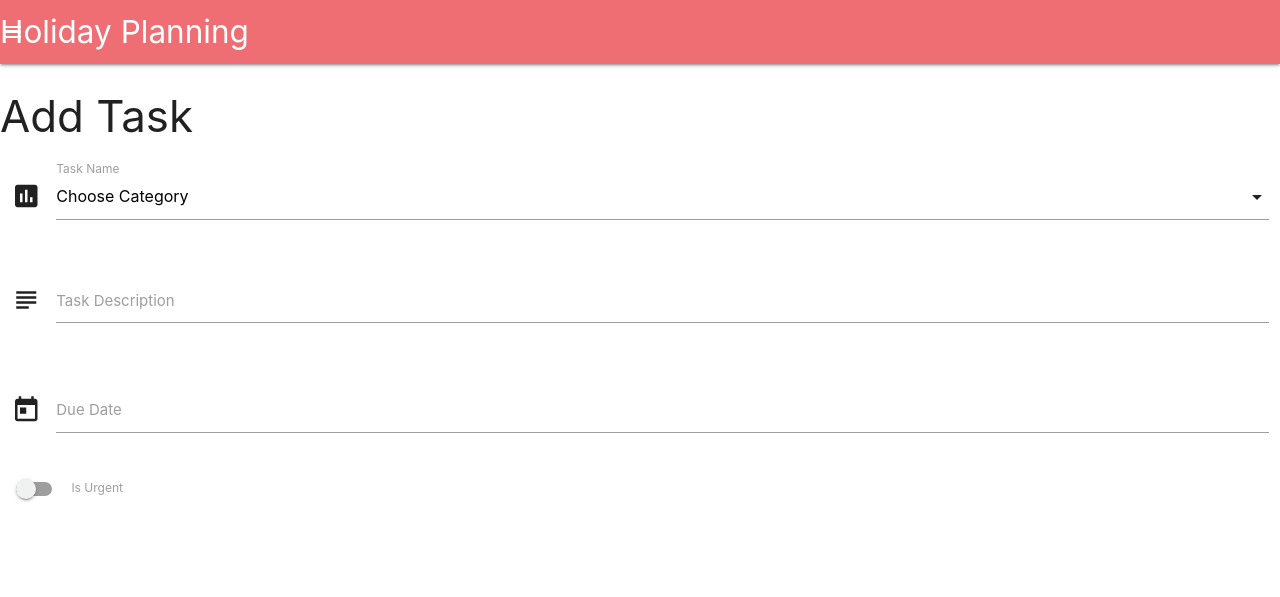
Repository: Code-Institute-Submissions/Project3-Holiday_Planning
Page: http://localhost/add_task
The author's editor kept a record of every edit. The page is drawn from the files as they stood at one moment, then again after the next edit.
The browser window is 1280 px wide. The pictures show the whole page.
The page is served by the project's application, run on Flask 3 (app.py). Queries for data that is not in the repository find no rows.

Above is the page before.

### templates/addTask.html
{% extends 'layout.html' %}
{% block content %}


<h3>Add Task</h3>
<div class="row">
    <form action="" method="POST" class="col s12">


        <!--put in select option initialization in layout.html-->
        <div class="row">
            <div class="input-field col s12">
                <i class="material-icons prefix">poll</i>
                <!--Replace <input id> with <select>. Keep the 1st option and change the rest option with category from Mongodb-->
                <!--<input id="task_name" name="task_name" type="text">-->
                <select id="category" name="category_name">
                  <option value="" disabled selected>Choose Category</option>
                  {% for cat in categories %}
                      <option value="{{cat.category_name}}">{{cat.category_name}}</option>
                  {% endfor %}
                </select>
                <label for="icon_prefix">Task Name</label>
            </div>
        </div>


        <div class="row">
            <div class="input-field col s12">
                <i class="material-icons prefix">subject</i>
                <textarea name="task_description" id="task_description" class="materialize-textarea"></textarea>
                <label for="icon_telephone">Task Description</label>
            </div>
        </div>


        <!--put the datepicker initialization in layout.html-->
        <div class="row">
            <div class="input-field col s12">
                <i class="material-icons prefix">today</i>
                <input id="due_date" name="due_date" type="text" class="datepicker">
                <label for="icon_prefix">Due Date</label>
            </div>
        </div>


        <div class="row">
            <div class="switch">
                <label>
                  <input id="is_urgent" name="is_urgent" type="checkbox">
                  <span class="lever"></span>
                  Is Urgent
                </label>
            </div>
        </div>

    </form>
</div>

{% endblock %}

### templates/layout.html
<!DOCTYPE html>
<html>

<head>
        <link href="https://fonts.googleapis.com/icon?family=Material+Icons" rel="stylesheet">
        <link rel="stylesheet" href="https://cdnjs.cloudflare.com/ajax/libs/materialize/1.0.0/css/materialize.min.css">
        <link rel="stylesheet" href="{{url_for('static', filename='css/style.css')}}" type="text/css"/>
</head>


<body>
    <header>
        <nav>
            <div class="nav-wrapper">
                <a href="{{url_for('get_tasks')}}" class="brand-logo">Holiday Planning</a>
                <a href="#" data-activates="mobile-demo" class="button-collapse"><i class="material-icons">menu</i></a>
                <ul id="nav-mobile" class="right hide-on-med-and-down">
                    <li><a href="sass.html">Sass</a></li>
                    <li><a href="badges.html">Components</a></li>
                    <li><a href="collapsible.html">JavaScript</a></li>
                </ul>


            </div>
        </nav>

    </header>

    <div>
        {% block content %} {% endblock %}
    </div>

        <script src="https://cdnjs.cloudflare.com/ajax/libs/jquery/3.4.1/jquery.min.js"></script>
        <script src="https://cdnjs.cloudflare.com/ajax/libs/materialize/1.0.0/js/materialize.min.js"></script>

        <!--to perform the collapsible, datepicker and select option function-->
        <script type="text/javascript">
            $(document).ready(function(){
                $('.collapsible').collapsible();
                $('.datepicker').datepicker();
                $('select').formSelect();
            });

        </script>



</body>

</html>

### app.py
import os
from flask import Flask, render_template, redirect, request, url_for
from flask_pymongo import PyMongo
from bson.objectid import ObjectId


app = Flask(__name__)
app.config["MONGO_DBNAME"] = 'holiday_planning'
app.config["MONGO_URI"] = 'mongodb+srv://root:es1234@cluster0-dio8w.mongodb.net/holiday_planning?retryWrites=true&w=majority'
mongo = PyMongo(app)


# Function to display landing page
@app.route('/')
def index():
    return render_template("tasks.html", tasks=mongo.db.tasks.find())


# T1 - Fetch data in mongodb pass it back to tasks.html
@app.route('/get_tasks')
def get_tasks():
    return render_template("tasks.html",
                            tasks=mongo.db.tasks.find())



# T2 & T3 - After add_task, must follow by insert_task
@app.route('/add_task')
def add_task():
    return render_template('addTask.html',
                            category=mongo.db.category.find())


@app.route('/insert_task', methods=['POST'])
def insert_task():
    tasks = mongo.db.tasks
    tasks.insert_one(request.form.to_dict())
    return redirect(url_for('get_tasks'))



# T4 & T5 - After edit_task, must follow by update_task
@app.route('/edit_task/<task_id>')
def edit_task(task_id):
    the_task =  mongo.db.tasks.find_one({"_id": ObjectId(task_id)})
    all_category =  mongo.db.category.find()
    return render_template('editTask.html', task=the_task,
                           category=all_category)


@app.route('/update_task/<task_id>', methods=["POST"])
def update_task(task_id):
    tasks = mongo.db.tasks
    tasks.update( {'_id': ObjectId(task_id)},
    {
        'category_name':request.form.get('category_name'),
        'task_name':request.form.get('task_name'),
        'task_description': request.form.get('task_description'),
        'person_in-charge': request.form.get('person_in-charge'),
        'website': request.form.get('website'),
        'due_date': request.form.get('due_date'),
        'is_urgent':request.form.get('is_urgent')
    })
    return redirect(url_for('get_tasks'))


# T6 - Delete task from the get_tasks page
@app.route('/delete_task/<task_id>')
def delete_task(task_id):
    return redirect(url_for('get_tasks'))





# CATEGORY

# C1 - Function to fetch all our data in mongodb pass it back to category.html
@app.route('/get_category')
def get_category():
    return render_template("category.html",
                            category=mongo.db.category.find())



# C2 & C3 - After add_category, must follow by insert_category
@app.route('/add_category')
def add_category():
    return render_template('addCategory.html')


@app.route('/insert_category', methods=['POST'])
def insert_category():
    category_doc = {'category_name': request.form.get('category_name')}
    mongo.db.category.insert_one(category_doc)
    return redirect(url_for('get_category'))



# C4 & C5 - After edit_category, must follow by update_category
@app.route('/edit_category/<category_id>')
def edit_category(category_id):
    return render_template('editCategory.html',
    category=mongo.db.category.find_one({'_id': ObjectId(category_id)}))


@app.route('/update_category/<category_id>', methods=['POST'])
def update_category(category_id):
    mongo.db.category.update(
        {'_id': ObjectId(category_id)},
        {'category_name': request.form.get('category_name')})
    return redirect(url_for('get_category'))



# C6 - Delete category from the Manage Category page
@app.route('/delete_category/<category_id>')
def delete_category(category_id):
    mongo.db.category.remove({'_id': ObjectId(category_id)})
    return redirect(url_for('get_category'))



# Boiler plate - must include at the end of app.py
if __name__ == '__main__':
    app.run(host=os.environ.get('IP'),
            port=int(os.environ.get('PORT')),
            debug=True)

Loaded but not shown: static/css/style.css (empty)

After the next edit:
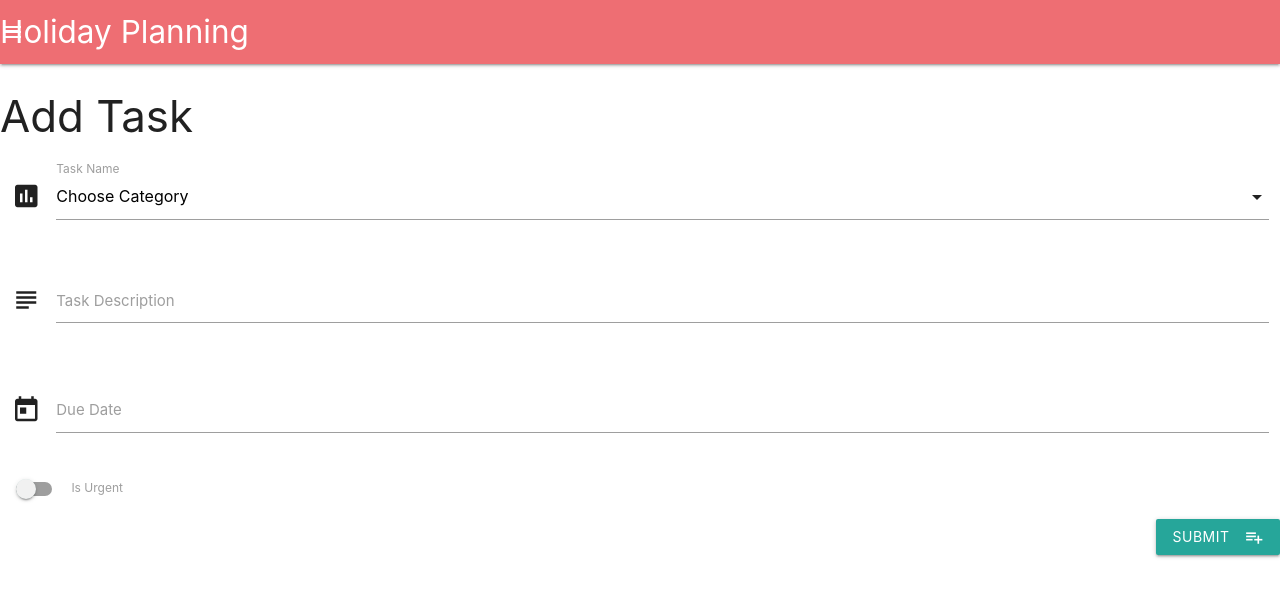
The edit:
--- a/templates/addTask.html
+++ b/templates/addTask.html
@@ -53,6 +53,13 @@
             </div>
         </div>
 
+
+        <div class="row">
+            <button class="btn waves-effect waves-light" type="submit" name="action" style="float: right">Submit
+                <i class="material-icons right">playlist_add</i>
+             </button>
+        </div>
+
     </form>
 </div>
 
